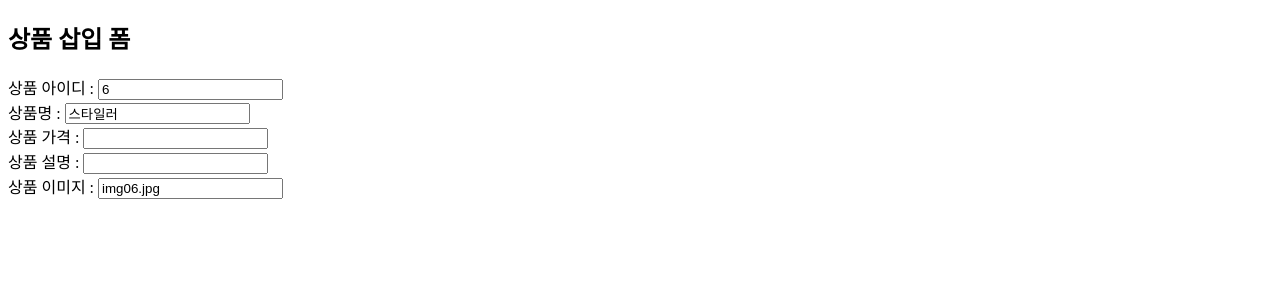
Repository: JhPlayGround/jsp
Page: http://localhost/chap03_MVC_JDBC/WEB-INF/views/jsp/insertForm.jsp
These files come from the project's save history. The page is drawn as it stood at one moment and after the next save; the edit follows.
The browser window is 1280 px wide. The pictures show the whole page.
The page is served by Tomcat 9. Nobody is signed in. The template is opened directly, without the code that normally fills it, so the values that code supplies are empty.

Above is the page before, as saved 2019-08-06 01:56:23.

After the next save:
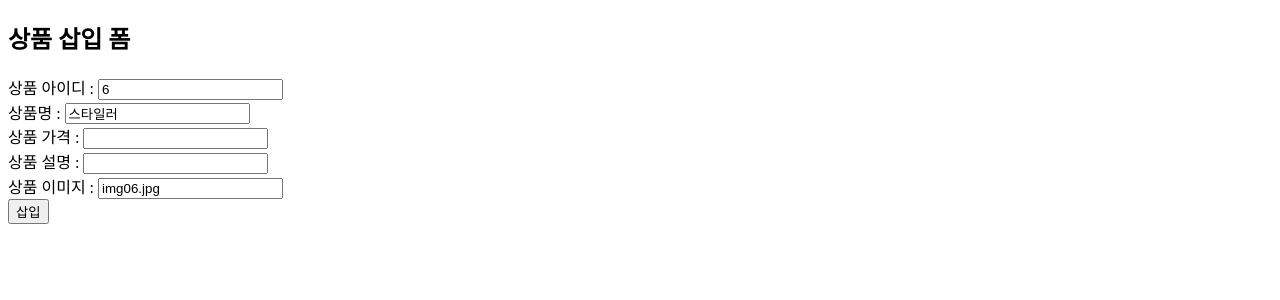
Saved 28 s later.
--- a/workspace/chap03_MVC_JDBC/src/main/webapp/WEB-INF/views/jsp/insertForm.jsp
+++ b/workspace/chap03_MVC_JDBC/src/main/webapp/WEB-INF/views/jsp/insertForm.jsp
@@ -14,6 +14,7 @@
 		상품 가격 : <input id = "item_price" name = "item_price"><br>
 		상품 설명 : <input id = "item_des" name = "item_des"><br>
 		상품 이미지 : <input id = "item_pic" name = "item_pic" value="img06.jpg"><br>
+		<input type ="submit" value = "삽입">
 	</form>
 </body>
 </html>
